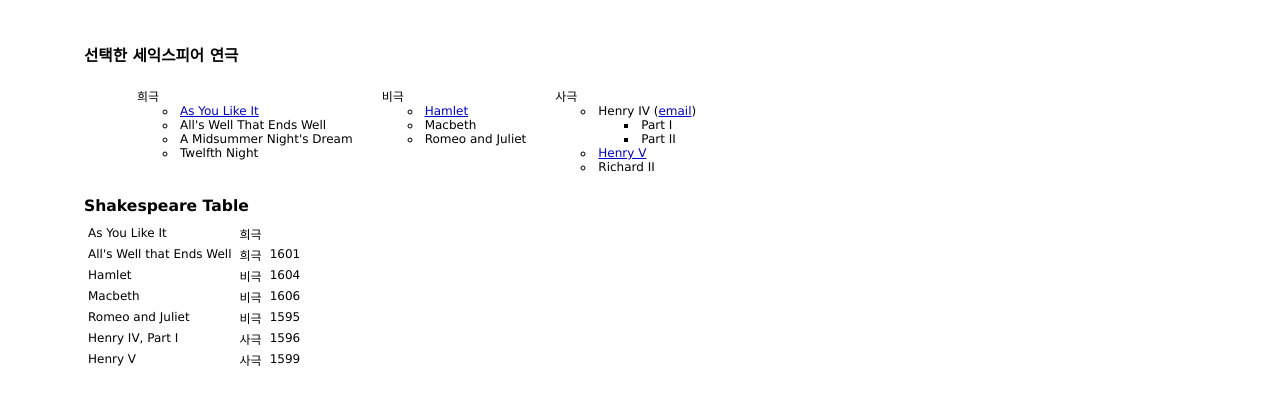
Repository: RyuJelly/211
Page: java_web/jQuery/WebContent/chap02/index.html
An editor plug-in stored every save of this project. The page is shown before and after the next save, followed by the edit.
The browser window is 1280 px wide. The pictures show the whole page.

Above is the page before, as saved 2021-03-15 02:43:01.

After the next save:
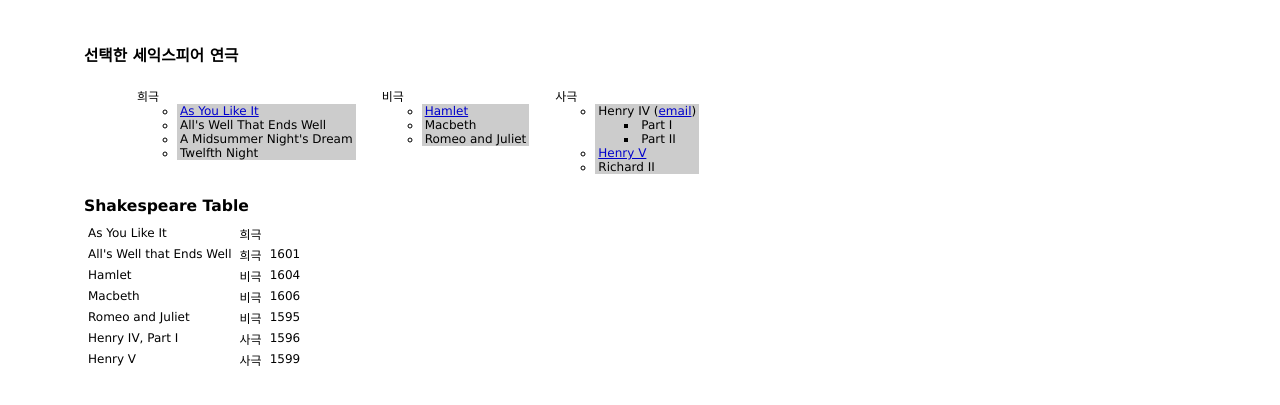
Saved 25 min 2 s later.
--- a/java_web/jQuery/WebContent/chap02/chapter2.js
+++ b/java_web/jQuery/WebContent/chap02/chapter2.js
@@ -1,3 +1,4 @@
 $(function(){
-	$('#selected-plays > li').addClass('horizontal');
+	$('#selected-plays > li').addClass('horizontal'),
+	$('#selected-plays li:not("#selected-plays > li")').addClass('sub-level');
 });
